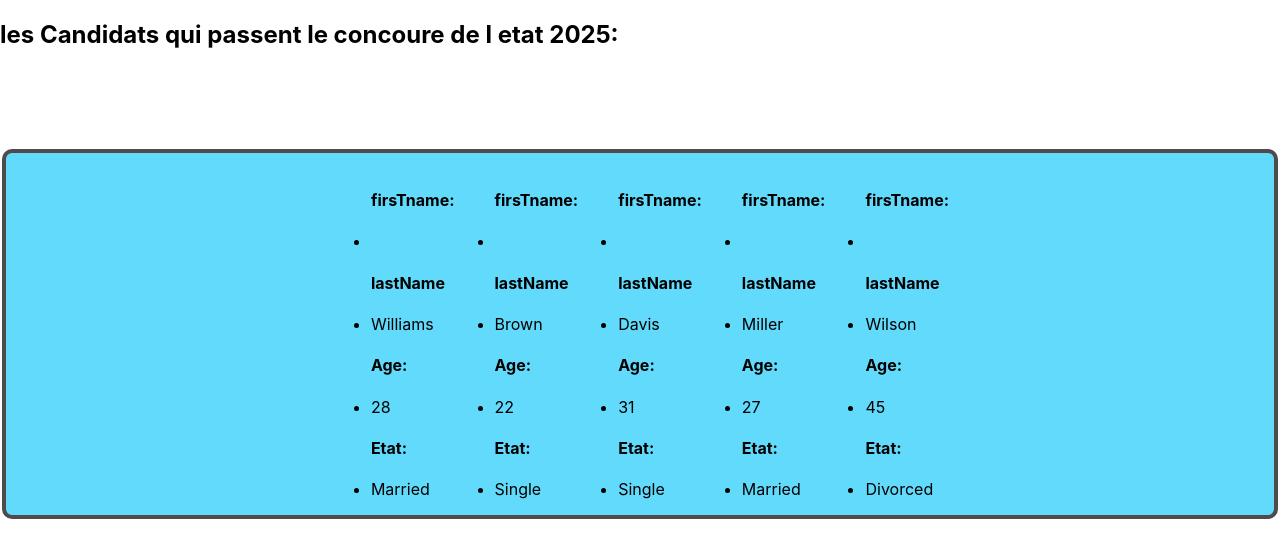
Repository: gounaine/Add_candidat
Page: /
An editor plug-in stored every save of this project. The page is shown before and after the next save, followed by the edit.
The browser window is 1280 px wide. The pictures show the whole page.
The project was rebuilt for these pictures with package versions that can differ from the ones it lists, and the page was loaded fresh each time.

Above is the page before, as saved 2024-05-26 20:39:34.

### src/index.js
import React from 'react';
import ReactDOM from 'react-dom/client';
import './index.css';
import App from './App';
import Person from './person';
import reportWebVitals from './reportWebVitals';
import data from './data';


const root = ReactDOM.createRoot(document.getElementById('root'));
root.render(
  <React.StrictMode>
    <App/>
    <Person data={data }></Person>


  </React.StrictMode>
);

// If you want to start measuring performance in your app, pass a function
// to log results (for example: reportWebVitals(console.log))
// or send to an analytics endpoint. Learn more: https://bit.ly/CRA-vitals
reportWebVitals();

### src/App.js


import './App.css';

function App(props) {
  console.log(props)
  return (
    <div className="App">
      <h2>{props.firstName}</h2>
      <h2>{props.children}</h2>
    </div>
  );
}

export default App;

### src/person.js
import React from 'react';

export default function Person({ data }) {
  return (<>
    <h2>les Candidats qui passent le concoure de l etat 2025:</h2>
    <div className="Card">
      {
      data.map((element, index) => (

        <ul key={index}>
         <h4>firsTname:</h4> <li>{element.firsTname}</li>
          <h4>lastName</h4><li>{element.lastName}</li>
         <h4> Age:</h4><li>{element.Age}</li>
          <h4>Etat:</h4><li>{element.Etat}</li>

        </ul>
      ))}

    </div></>
  );
}

### src/data.js
const data = [
    { firstName: 'Alice', lastName: 'Williams', Age: 28, Etat: 'Married' },
    { firstName: 'Bob', lastName: 'Brown', Age: 22, Etat: 'Single' },
    { firstName: 'Charlie', lastName: 'Davis', Age: 31, Etat: 'Single' },
    { firstName: 'Diana', lastName: 'Miller', Age: 27, Etat: 'Married' },
    { firstName: 'Ethan', lastName: 'Wilson', Age: 45, Etat: 'Divorced' }
  ];

  export default data ;

### src/App.css
.App {
  text-align: center;
}

.App-logo {
  height: 40vmin;
  pointer-events: none;
}

@media (prefers-reduced-motion: no-preference) {
  .App-logo {
    animation: App-logo-spin infinite 20s linear;
  }
}

.App-header {
  background-color: #282c34;
  min-height: 100vh;
  display: flex;
  flex-direction: column;
  align-items: center;
  justify-content: center;
  font-size: calc(10px + 2vmin);
  color: white;
}

.App-link {
  color: #61dafb;
}

@keyframes App-logo-spin {
  from {
    transform: rotate(0deg);
  }
  to {
    transform: rotate(360deg);
  }
}

.Card{
  background-color:#61dafb;
  border: 4px solid rgb(81, 74, 74);
  margin: 2px;
  border-radius: 10px;
 display: flex;
  justify-content: center;
  align-items:center;
  margin-top: 100px;

}

Loaded but not shown: public/index.html (common file); src/index.css (common file); src/reportWebVitals.js (common file)

After the next save:
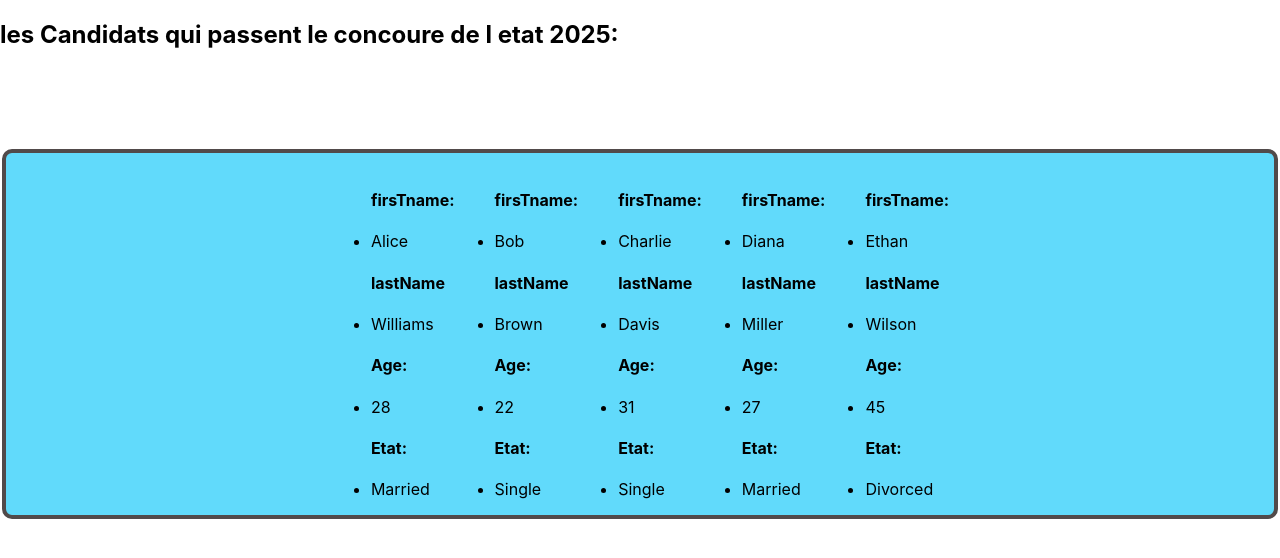
Saved 37 s later.
--- a/src/person.js
+++ b/src/person.js
@@ -8,7 +8,7 @@ export default function Person({ data }) {
       data.map((element, index) => (
 
         <ul key={index}>
-         <h4>firsTname:</h4> <li>{element.firsTname}</li>
+         <h4>firsTname:</h4> <li>{element.firstName}</li>
           <h4>lastName</h4><li>{element.lastName}</li>
          <h4> Age:</h4><li>{element.Age}</li>
           <h4>Etat:</h4><li>{element.Etat}</li>
